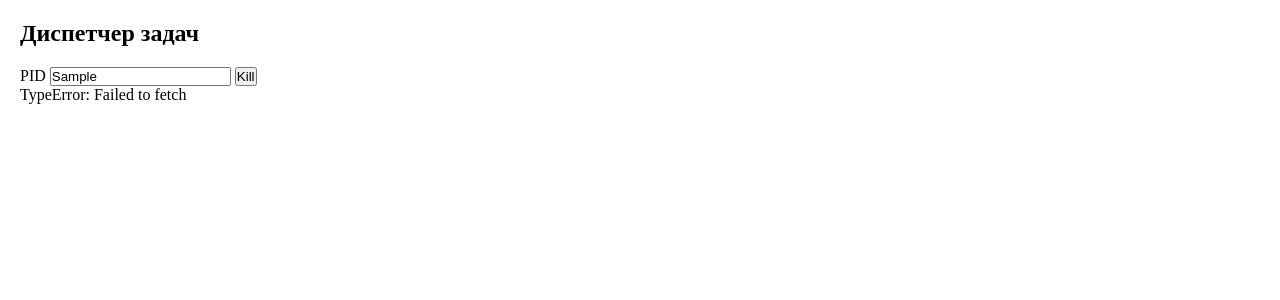
Repository: Predkor/OC
Page: index.html
The author's editor kept a copy of each file at every save. The page is drawn from the files as they stood at one save, then again after the next save.
The browser window is 1280 px wide. The pictures show the whole page.
Empty fields were first filled with sample values (such as "Sample", 5 or name@example.com).
After loading, the first visible `#form-kill` was submitted once.
The page's requests for data from a server got no answer.

Above is the page before, as saved 2024-09-25 22:49:13.

### index.html
<!DOCTYPE html>
<html lang="en">
<head>
    <meta charset="UTF-8">
    <meta name="viewport" content="width=device-width, initial-scale=1.0">
    <title>Document</title>
</head>
<body>
    <section class="manager-block">
        <h1>Диспетчер задач</h1>
        <div class="process">
            <div class="process-control">
                <form action="/killproc" id="form-kill">
                    <label>
                        PID <input type="text" id="pid" name="pid">
                    </label>

                    <input type="submit" id="submit-kill" value="Kill">
                </form>

                <p id="kill-status"></p>

            </div>

            <div class="process-table">
                <table id="table-all-processes"></table>
            </div>
        </div>
    </section>


    <style>
        *{
            margin: 0;
            padding: 0;
            box-sizing: border-box;
        }

        body {
            display: flex;
            flex-direction: column;
            justify-content: center;
        }

        #table-all-processes, th, td {
            text-align: center;
            padding: 10px;
            border: 1px solid black;
            border-collapse: collapse;
        }

        th {
            padding: 10px;
        }

        td {
            word-break: break-all;
        }

        .manager-block {
            margin: 20px;
        }

        .process {
            display: flex;
            flex-direction: column;
            gap: 20px;

            margin-top: 20px;
        }

    </style>

    <script>
        const url = "http://localhost:8080";

        async function getProcessesList() {
            const u = `${url}/processes`;

            try{
                const response = await fetch(u);

                if (!response.ok) {
                    throw new Error(`Response status: ${response.status}`);
                }

                const json = await response.json();
                viewProcessList(json);
            } catch (e) {
                console.log(`Error: ${e}`);
            }
        }

        getProcessesList();
        setInterval(getProcessesList, 50000);

        function viewProcessList(data) {
            let table = document.querySelector('#table-all-processes');

            table.innerHTML = `
            <tr>
                <th>PID</th>
                <th>USER</th>
                <th>PR</th>
                <th>NI</th>
                <th>S</th>
                <th>MEM (KB)</th>
                <th>COMMAND</th>
            </tr>`;

            let arrayCategory = ["pid", "user", "pr", "ni", "s", "VmSize", "command"];

            data.forEach(item => {
                if (item.command !== '') {
                    let row = table.insertRow();
                    for (let i = 0; i < arrayCategory.length; i++) {
                        row.insertCell(i).textContent = item[arrayCategory[i]];
                    }
                }
            });
        }

        const killerForm = document.querySelector("#form-kill");
        killerForm.addEventListener("submit", async (event) => {
            event.preventDefault();

            let statusKill = document.querySelector("#kill-status");
            let pidValue = document.querySelector("#pid").value;
            let data = {
                pid: pidValue
            };

            try {
                const response = await fetch(`${url}/killproc`, {
                    method: "POST",
                    headers: {
                        "Content-Type": "application/json"
                    },
                    body: JSON.stringify(data)
                });

                if (!response.ok) {
                    throw new Error(`Response status: ${response.status}`);
                }

                const result = await response.json();
                statusKill.textContent = result.message;
            }catch(e) {
                console.log(`${e}`);
                statusKill.textContent = e;
            }
        })

    </script>
</body>
</html>

After the next save:
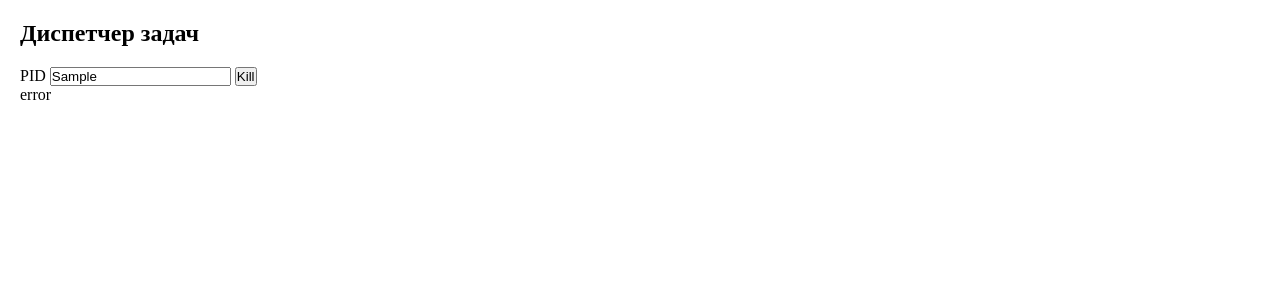
Saved 21 s later.
--- a/index.html
+++ b/index.html
@@ -147,7 +147,7 @@
                 statusKill.textContent = result.message;
             }catch(e) {
                 console.log(`${e}`);
-                statusKill.textContent = e;
+                statusKill.textContent = "error";
             }
         })
 
